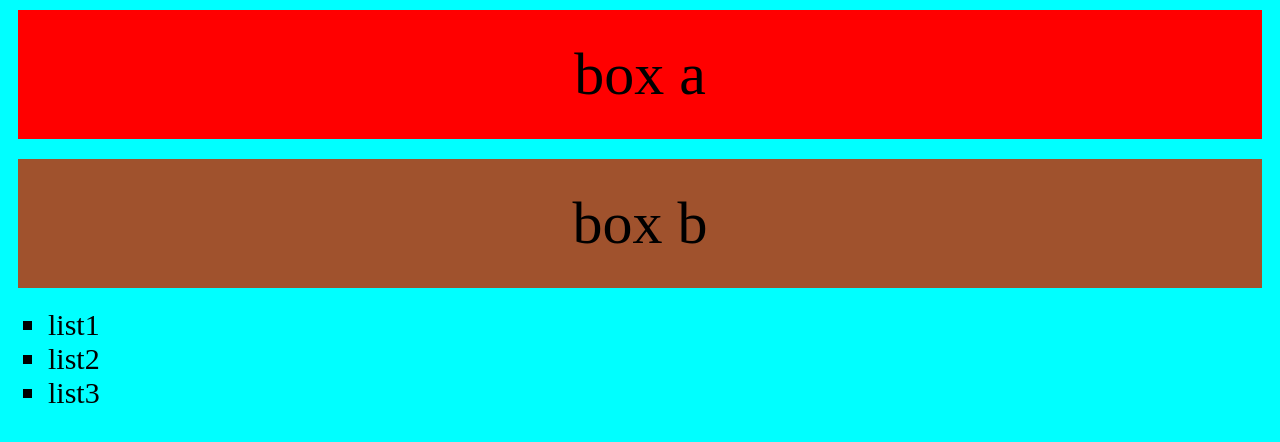
Repository: asifdotpy/testing-html-and-css
Page: index.html
These files come from the project's save history. The page is drawn as it stood at one moment and after the next save; the edit follows.
The browser window is 1280 px wide. The pictures show the whole page.

Above is the page before, as saved 2021-02-14 13:49:47.

After the next save:
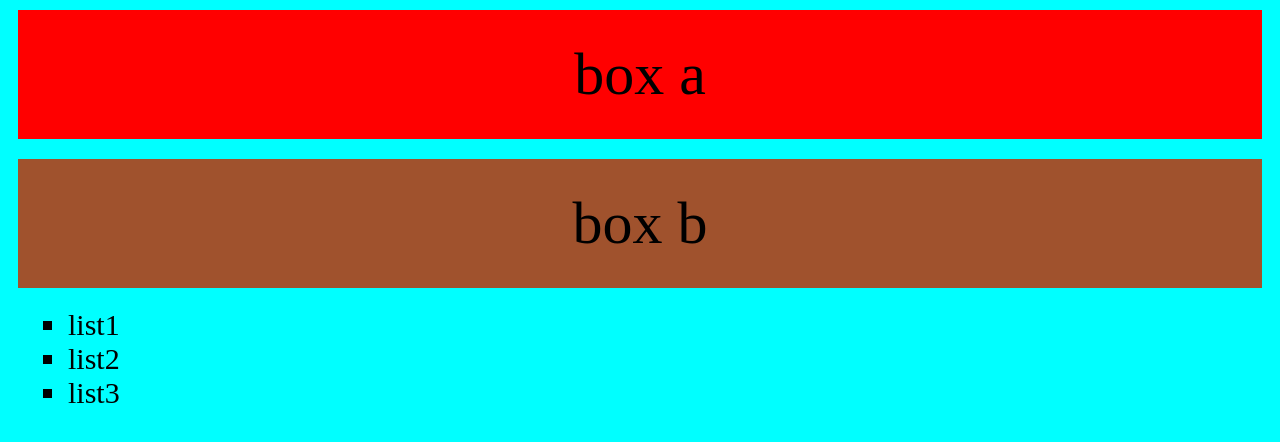
Saved 6 s later.
--- a/main.css
+++ b/main.css
@@ -22,7 +22,7 @@ div.b {
 ul {
     list-style-type: square;
     list-style-position: outside;
-    margin: ;
+    margin: 20px;
 }
 
 ul li {
